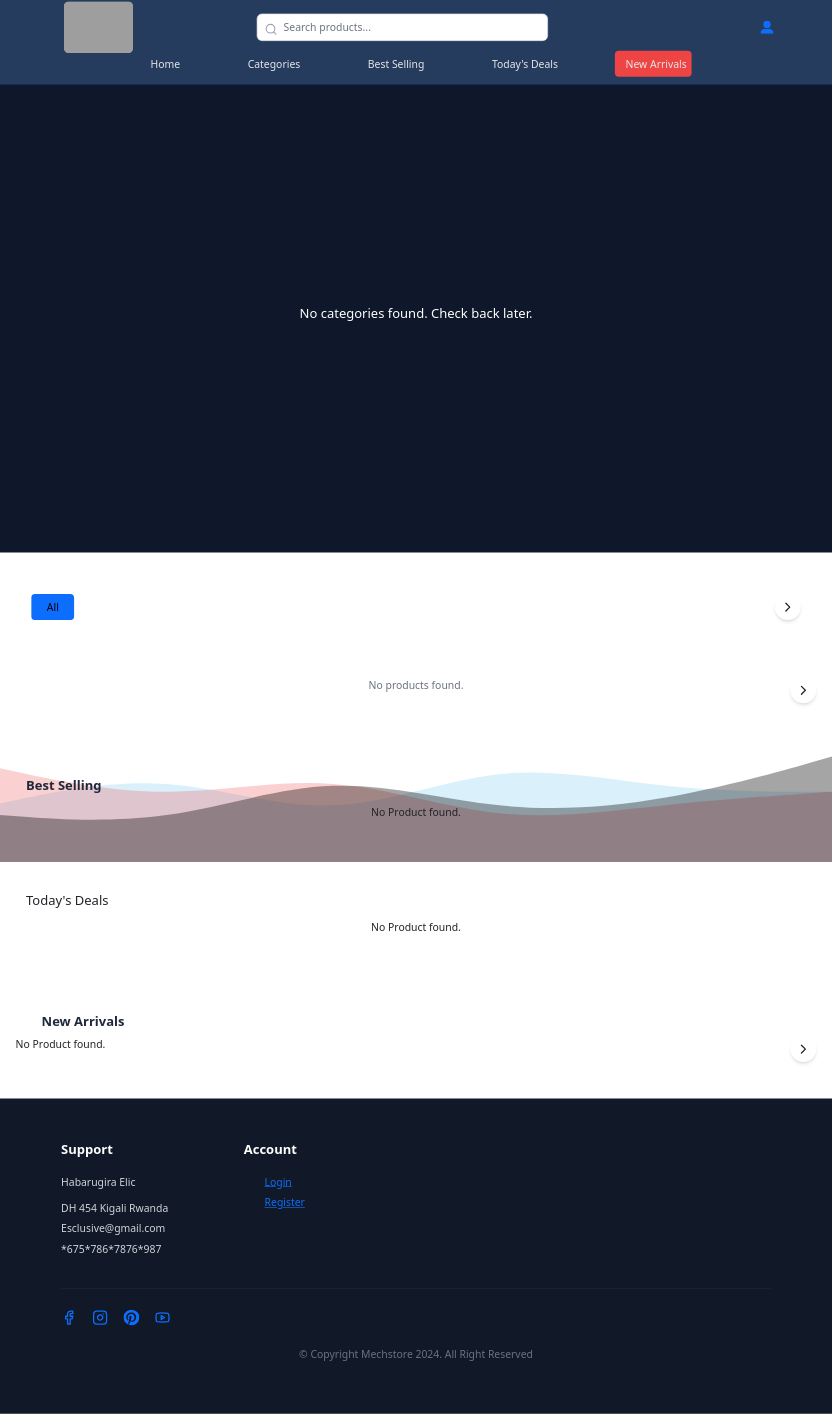
Repository: magicdeveloper250/future
Page: / (app in frontend/)
The author's editor kept a copy of each file at every save. The page is drawn from the files as they stood at one save, then again after a run of saves.
The browser window is 1280 px wide. The pictures show the whole page, at 65% of full size.
Pictures or frames that could not be fetched are drawn as grey boxes. The page's requests for data from a server got no answer. The project was rebuilt for these pictures with package versions that can differ from the ones it lists, and the page was loaded fresh each time. No one was signed in, and anything a server would have sent is missing. Also part of the build but not shown: frontend/vite.config.js, frontend/src/hooks/useUser.js, frontend/src/components/Sidebar.jsx, frontend/src/components/Header.jsx, frontend/src/pages/DashboardPage.jsx, frontend/src/pages/ProductPage.jsx, frontend/src/components/ProductT.jsx, frontend/src/components/Card.jsx and 18 more.

Above is the page before, as saved 2025-03-26 15:46:46.

After the next 2 saves:
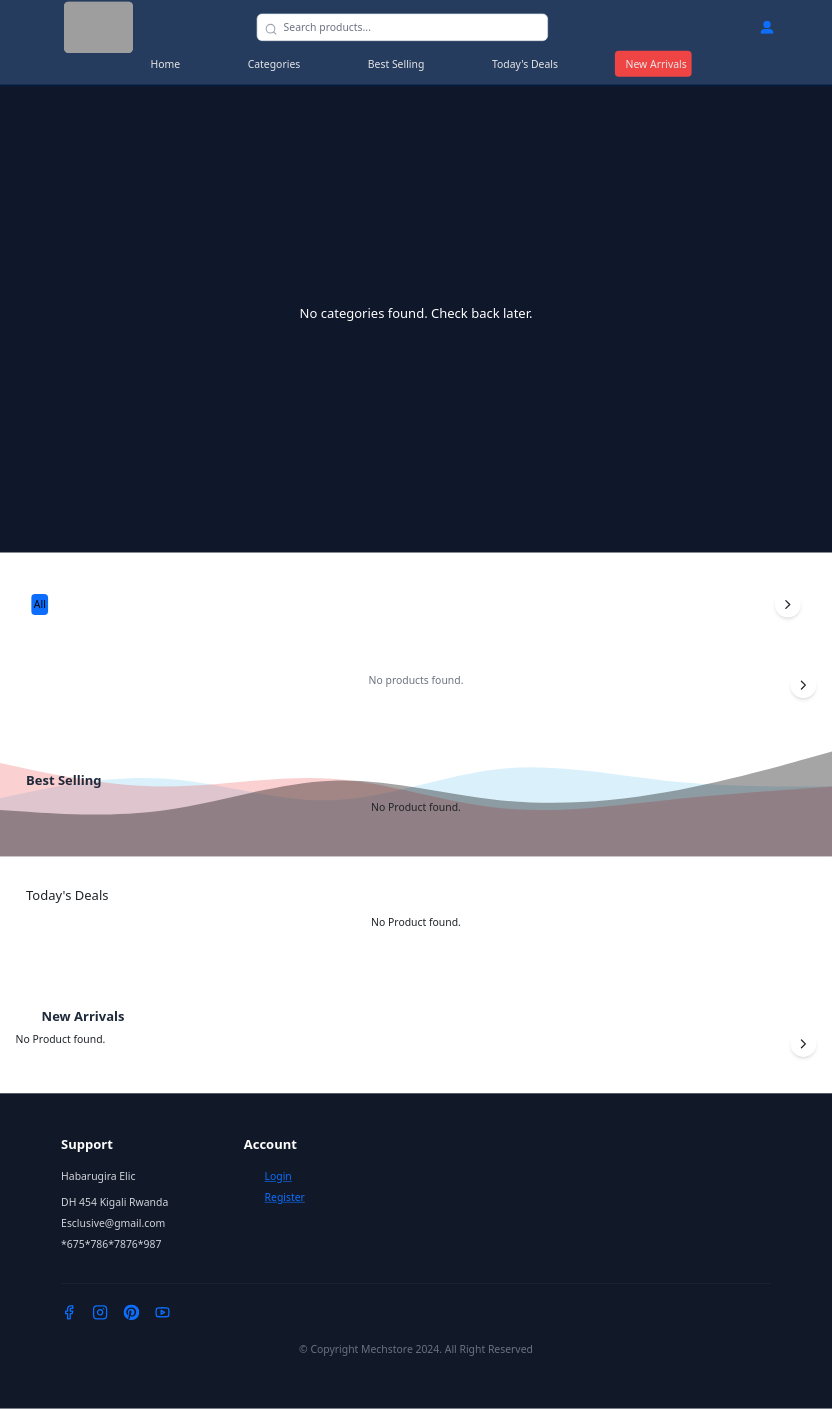
The 2 saves are shown as one change because they came seconds apart.
The last was saved 26 s later.
--- a/frontend/src/components/CategoriesScroller/CategoriesScroller.jsx
+++ b/frontend/src/components/CategoriesScroller/CategoriesScroller.jsx
@@ -1,9 +1,6 @@
 import { useEffect, useMemo, useRef, useState } from "react";
 import { ChevronLeft, ChevronRight } from "lucide-react";
-import axios from "../../API/axios";
-import ProductCard from "../ProductCard";
-import { Link } from "react-router";
-import useToast from "../../hooks/useToast";
+
 const CARD_WIDTH = 200;
 
 const CategoriesScroller = ({categories=[], onSelectCategory}) => {
@@ -68,7 +65,7 @@ useEffect(()=>{
               <button
                 key={type}
                 onClick={() => setSelectedFilter(type)}
-                className={`px-4 py-2 rounded-md transition-colors ${
+                className={`p-1 rounded-md transition-colors ${
                   selectedFilter === type
                     ? "bg-primary text-black"
                     : "bg-gray-100 hover:bg-gray-200 text-gray-800"
